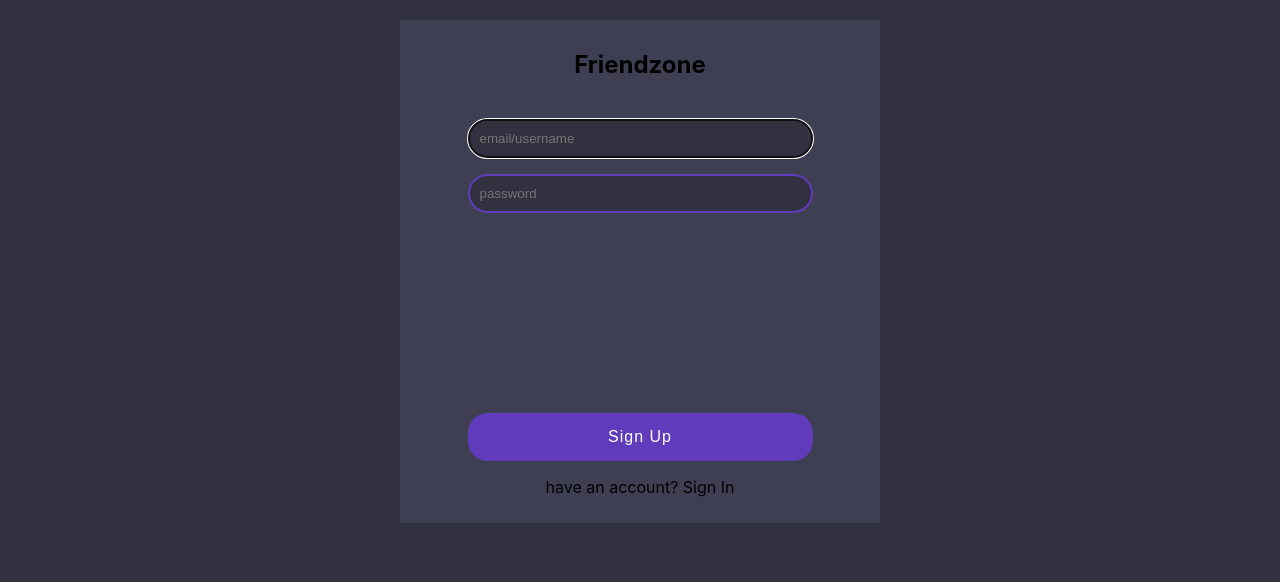
Repository: DerickT02/friend-zone
Page: /
The author's editor kept a copy of each file at every save. The page is drawn from the files as they stood at one save, then again after the next save.
The browser window is 1280 px wide. The pictures show the whole page.
The project was rebuilt for these pictures with package versions that can differ from the ones it lists, and the page was loaded fresh each time. Also part of the build but not shown: src/Appreducer.js, src/GlobalState.js, src/Post.js, src/Homepage.js, src/fire.js.

Above is the page before, as saved 2021-07-07 08:03:34.

### src/index.js
import React from 'react';
import ReactDOM from 'react-dom';
import './index.css';
import App from './App';


ReactDOM.render(

    <App />,
  document.getElementById('root')
);

// If you want to start measuring performance in your app, pass a function
// to log results (for example: reportWebVitals(console.log))
// or send to an analytics endpoint. Learn more: https://bit.ly/CRA-vitals

### src/index.css
body {
  margin: 0;
  font-family: -apple-system, BlinkMacSystemFont, 'Segoe UI', 'Roboto', 'Oxygen',
    'Ubuntu', 'Cantarell', 'Fira Sans', 'Droid Sans', 'Helvetica Neue',
    sans-serif;
  -webkit-font-smoothing: antialiased;
  -moz-osx-font-smoothing: grayscale;
  background-color: rgb(49, 49, 63);

}

code {
  font-family: source-code-pro, Menlo, Monaco, Consolas, 'Courier New',
    monospace;
}

### src/App.js
import React, { Component, useState, useEffect } from 'react'
import { BrowserRouter, Switch, Link, Route, Redirect, Router} from 'react-router-dom'
import Login from './Login'
import Homepage from './Homepage'
import './App.css'

import fire from './fire'
import GlobalProvider from './GlobalState'

function App() {
  const [user, setUser] = useState('')
  const [email, setEmail] = useState('')
  const [password, setPassword] = useState('')
  const [emailError, setEmailError] = useState('')
  const [passwordError, setPasswordError] = useState('')
  const [hasAccount, setHasAccount] = useState(false)

const clearInputs = () => {
  setEmail('')
  setPassword('')
}

const clearErrors = () => {
  setEmailError('');
  setPasswordError('')
}

const handleLogin = () => {
  clearErrors()
  fire
  .auth()
  .signInWithEmailAndPassword(email, password)
  .catch(err => {
      switch(err.code){
          case 'auth/invalid-email':
          case 'auth/user-disabled':
          case 'auth/user-not-found':
              setEmailError(err.message)
              break;
          case 'auth/wrong-password':
              setPasswordError(err.message)
              break
      }
  })
}

const handleSignup = () => {
  clearErrors()
  fire
  .auth()
  .createUserWithEmailAndPassword(email, password)
  .catch(err => {
      switch(err.code){
          case 'auth/email-already-in-use':
          case 'auth/invalid-email':
          setEmailError(err.message);
          break;

          case 'auth/weak-password':
          setPasswordError(err.message)
      }
  })
}

const handleLogout = () => {
  fire
  .auth()
  .signOut()
}

const authListener = () => {
  fire.auth().onAuthStateChanged((user) => {
    if(user){
      clearInputs()
      setUser(user)
    }
    else {
        setUser('')
    }
  })
}

useEffect(() => {
  authListener()
}, [])

  return (
    <div className="App">
    {user ? (
      <BrowserRouter>
      <GlobalProvider>
      <Switch>
        <Route exact path = '/'><Redirect to = "/homepage"/></Route>
        <Route exact path = '/homepage'><Homepage handleLogout = {handleLogout}/></Route>
      </Switch>
      </GlobalProvider>
     </BrowserRouter>
    ) : (

      <BrowserRouter>
      <Switch>
      <Route exact path = '/homepage'><Redirect to = "/" /></Route>
        <Route><Login email = {email}
            setEmail = {setEmail}
            password = {password}
            setPassword={setPassword}
            handleLogin={handleLogin}
            handleSignup={handleSignup}
            hasAccount={hasAccount}
            setHasAccount={setHasAccount}
            emailError={emailError}
            passwordError={passwordError} /></Route>
      </Switch>
      </BrowserRouter>
    )}

    </div>
  );
}

export default App;

### src/Login.js
import React, { Component, useState, useEffect } from 'react'
import './Login.css'
import {Link} from 'react-router-dom'

const Login = (props) => {
    const {email, setEmail, password, setPassword, handleLogin, handleSignup, hasAccount, setHasAccount, emailError, passwordError} = props
    return (
        <section className = "login">
        <div className="loginContainer" >

<h1>Friendzone</h1>


<div className = 'inputContainer'>
<input placeholder = 'email/username' type ="text" autoFocus required value = {email} onChange={(e) => setEmail(e.target.value)}/>
<p className ="errorMsg">{emailError}</p>

<input placeholder = 'password' type ="password" required value = {password} onChange={(e) => setPassword(e.target.value)} />
<p className = "errorMsg">{passwordError}</p>
</div>

<div className="btnContainer">

    {hasAccount ? (
        <div>
       <button type = "submit" onClick = {handleLogin}>Sign in</button>
        <p>Don't have an account? <span onClick ={() => setHasAccount(!hasAccount)}>Sign Up</span></p>
        </div>
    ):(
        <div>
        <button type = "submit" onClick={handleSignup}>Sign Up</button>
        <p>have an account? <span onClick = {() => setHasAccount(!hasAccount)}>Sign In</span></p>
        </div>
    )}

</div>
</div>
</section>





    )
}


export default Login

### src/Login.css
* {
  box-sizing: border-box;
}


.login .loginContainer {
 background-color: rgb(63, 63, 83);
 padding: 10px;
 margin-left: 400px;
 margin-right:400px;
 margin-top: 20px ;
}

.login .loginContainer .inputContainer{
  padding-top: 20px;
}

.login .loginContainer input {
  padding-top: 5px;
  border: 2px solid #603bbb;
  width: 75%;
  padding: 10px;
  background-color: rgb(49, 49, 63);
  border-radius: 20px;
  color: white;
}




.btnContainer {
  margin-top: 200px;
}


.btnContainer button {
  border: none;
  border-radius: 20px;
  outline: none;
  width: 75%;
  padding: 15px 0;
  color: #fff;
  font-size: 16px;
  letter-spacing: 1px;
  background: #603bbb;
  cursor: pointer;
}

Loaded but not shown: public/index.html (common file); src/App.css (common file)

After the next save:
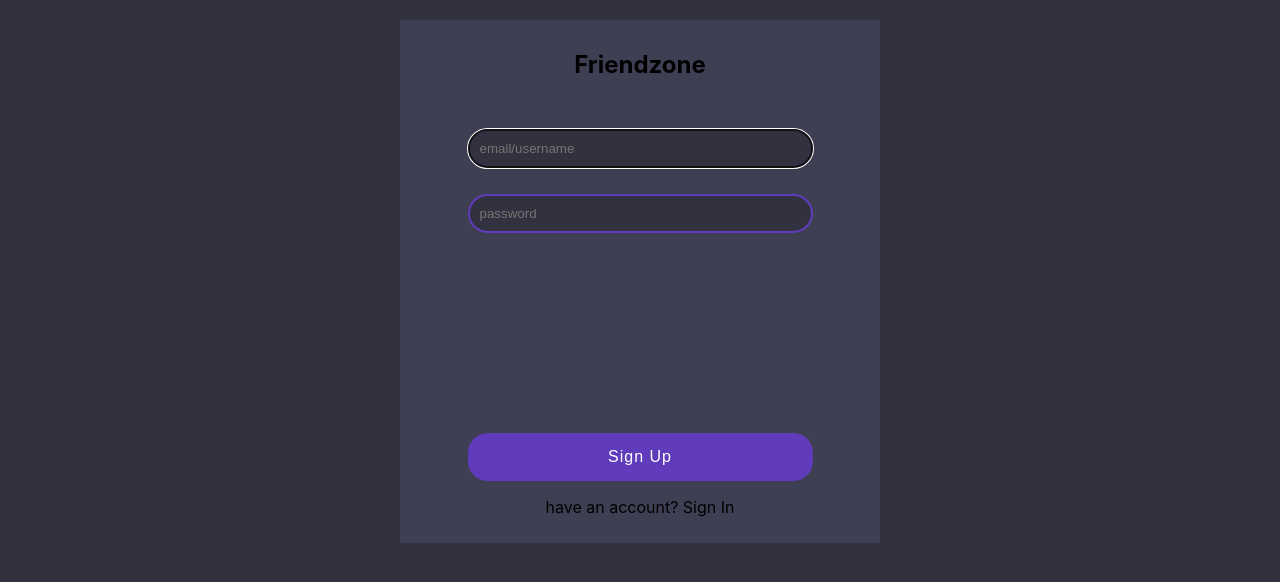
Saved 17 s later.
--- a/src/Login.css
+++ b/src/Login.css
@@ -16,7 +16,7 @@
 }
 
 .login .loginContainer input {
-  padding-top: 5px;
+  margin-top: 10px;
   border: 2px solid #603bbb;
   width: 75%;
   padding: 10px;
